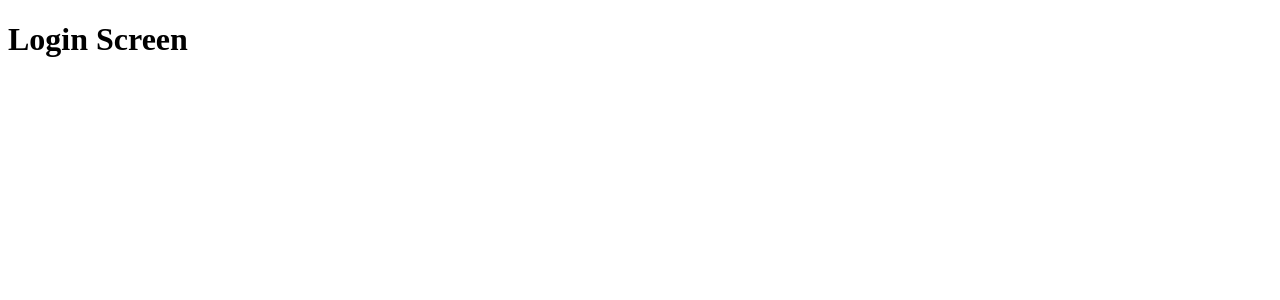
Repository: ivanmedina/react_udemy
Page: / (app in 08-calendar-app/)
The author's editor kept a copy of each file at every save. The page is drawn from the files as they stood at one save, then again after the next save.
The browser window is 1280 px wide. The pictures show the whole page.
The project was rebuilt for these pictures with package versions that can differ from the ones it lists, and the page was loaded fresh each time. Also part of the build but not shown: 08-calendar-app/src/router/AppRouter.js. Imported but missing from the stored project, and not drawn on this page: 08-calendar-app/src/components/auth/LoginScreen.

Above is the page before, as saved 2021-06-21 13:51:38.

After the next save:
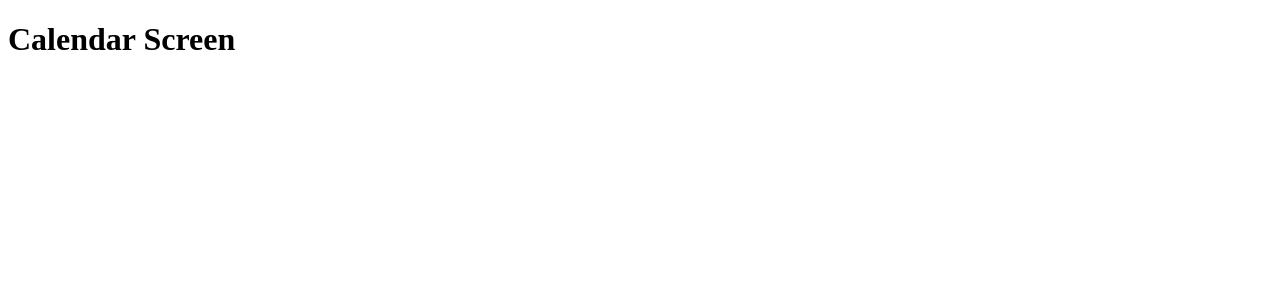
Saved 3 min 56 s later.
--- a/08-calendar-app/src/components/calendar/CalendarScreen.js
+++ b/08-calendar-app/src/components/calendar/CalendarScreen.js
@@ -3,7 +3,7 @@ import React from 'react'
 export const CalendarScreen = () => {
     return (
         <div>
-            <h1>Login Screen</h1>
+            <h1>Calendar     Screen</h1>
         </div>
     )
 }
